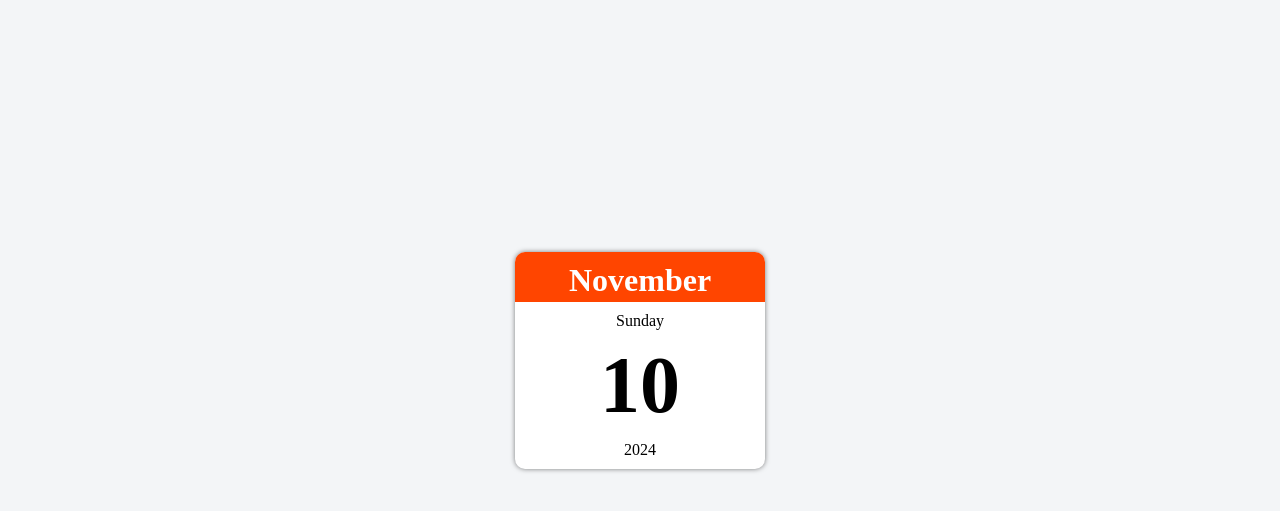
Repository: JunaidAnsari202/Mini-Calender
Page: index.html
An editor plug-in stored every save of this project. The page is shown before and after a run of saves, followed by the edit.
The browser window is 1280 px wide. The pictures show the whole page.

Above is the page before, as saved 2024-11-10 12:04:17.

After the next 7 saves:
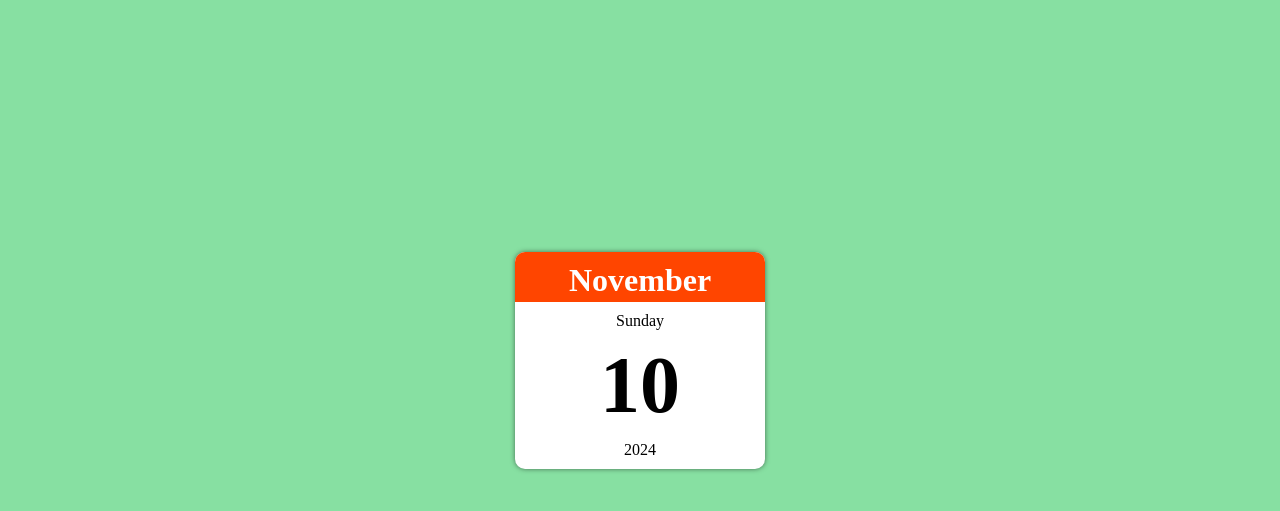
The 7 saves are shown as one change because they came seconds apart.
The last was saved 17 s later.
--- a/style.css
+++ b/style.css
@@ -5,7 +5,7 @@
 }
 
 body{
-    background-color: rgb(243, 245, 247);
+    background-color: rgb(135, 224, 162);
     display: flex;
     justify-content: center;
     align-items: center;
